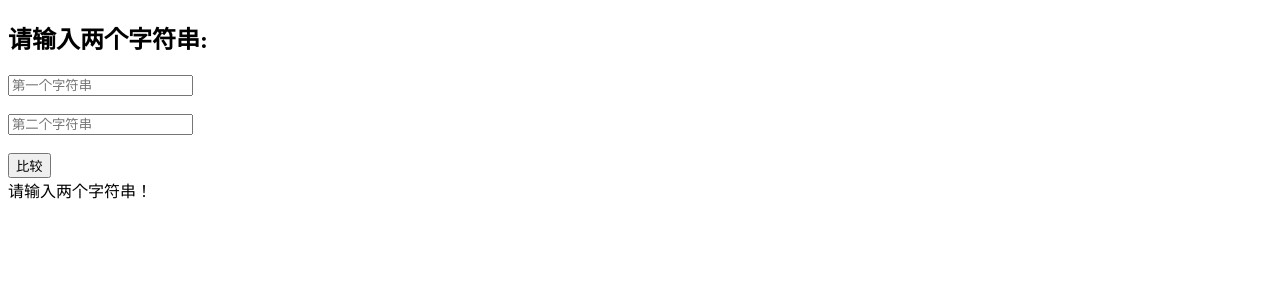
Repository: xzf-github/workspace
Page: http://localhost/sy3_4/zy2.jsp
The author's editor kept a copy of each file at every save. The page is drawn from the files as they stood at one save, then again after the next save.
The browser window is 1280 px wide. The pictures show the whole page.
The page is served by Tomcat 9.

Above is the page before, as saved 2024-01-10 13:12:35.

After the next save:
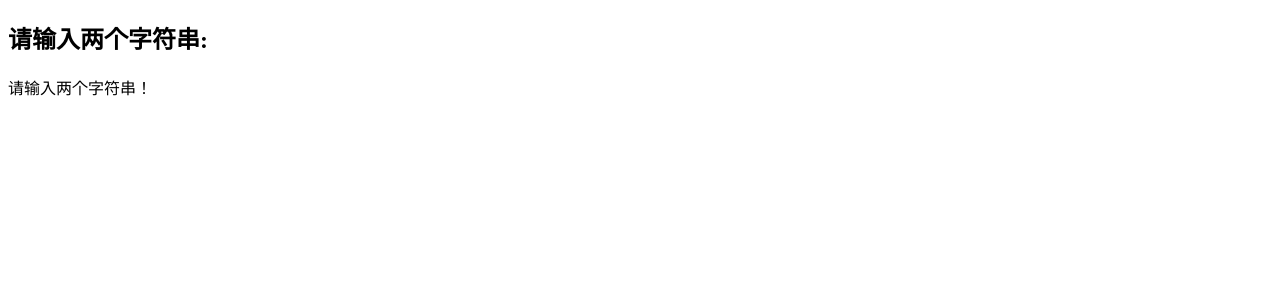
Saved 5 min 39 s later.
--- a/JavaServerPage/sy3&4/WebRoot/zy2.jsp
+++ b/JavaServerPage/sy3&4/WebRoot/zy2.jsp
@@ -7,11 +7,6 @@
 </head>
 <body>
     <h2>请输入两个字符串:</h2>
-    <form action="" method="post">
-        <input type="text" name="str1" placeholder="第一个字符串" required><br><br>
-        <input type="text" name="str2" placeholder="第二个字符串" required><br><br>
-        <input type="submit" value="比较">
-    </form>
     <%
         String str1 = request.getParameter("str1");
         String str2 = request.getParameter("str2");
